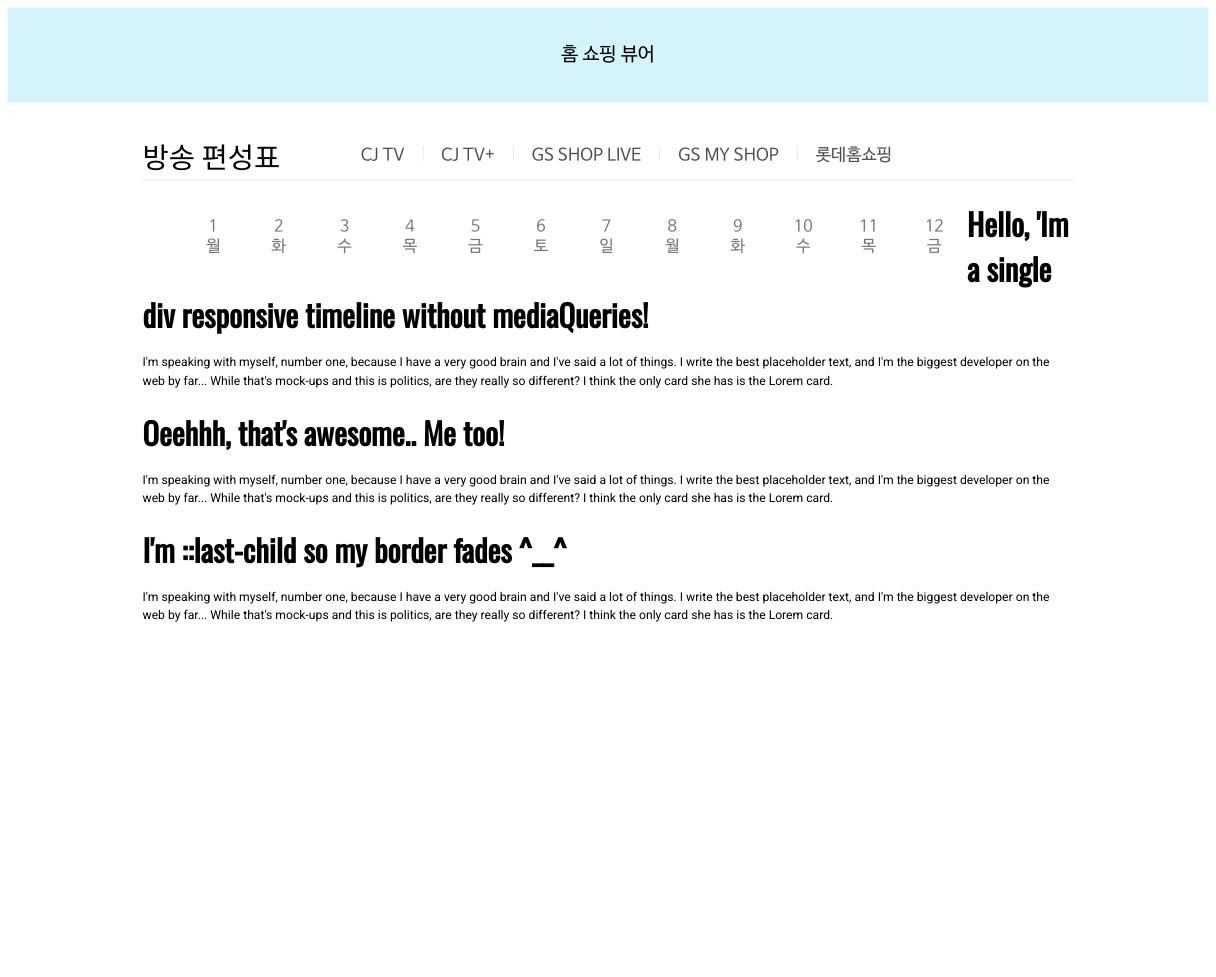
Repository: Kds010/HomeShopping
Page: http://localhost/index
These files come from the project's save history. The page is drawn as it stood at one moment and after the next save; the edit follows.
The browser window is 1280 px wide. The pictures show the whole page, at 95% of full size.
The page is this project's Thymeleaf template; nobody is signed in. The template is opened directly, without the code that normally fills it, so the values that code supplies are empty.

Above is the page before, as saved 2021-12-18 09:36:11.

After the next save:
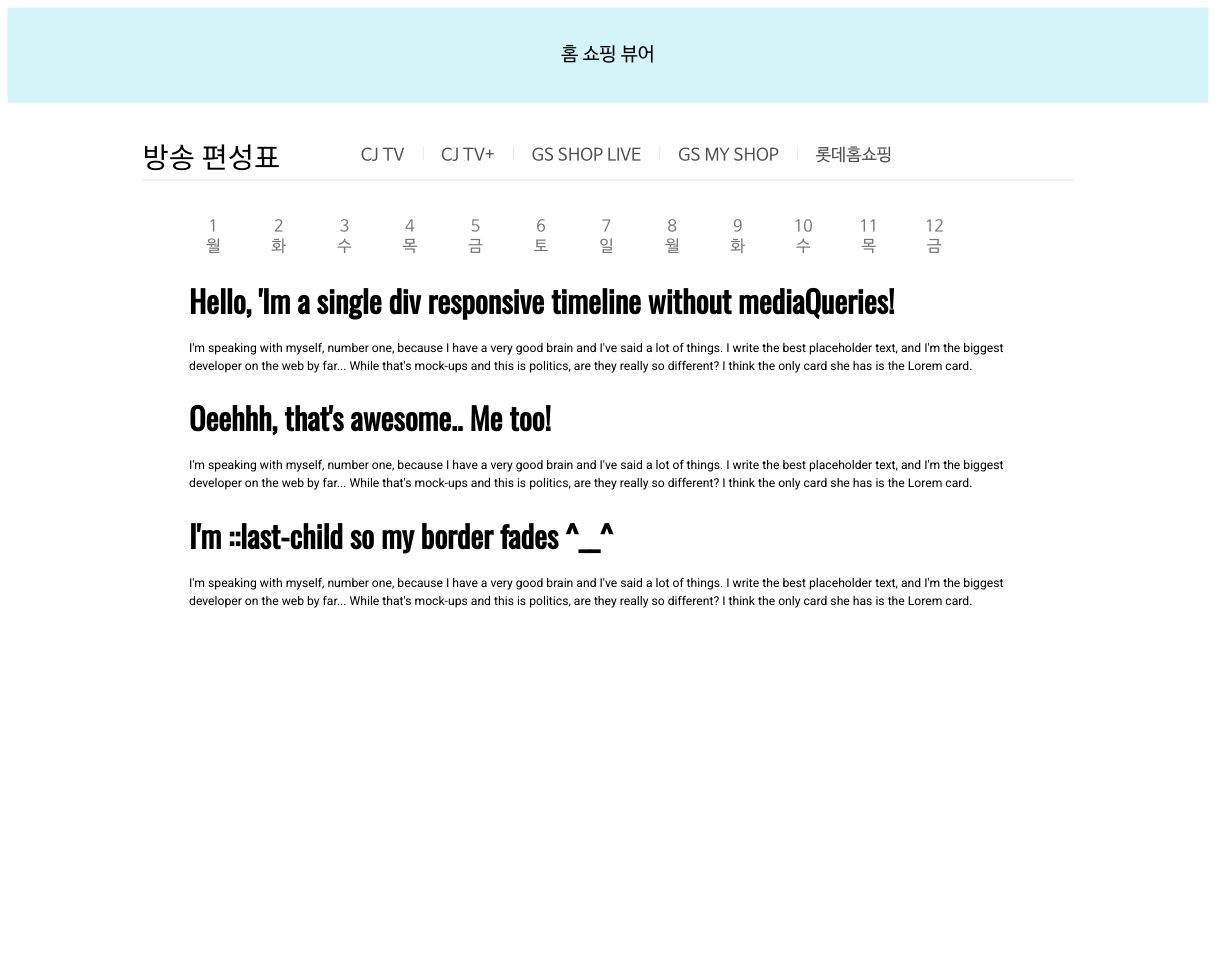
Saved 13 s later.
--- a/homeshopping/src/main/resources/static/css/main.css
+++ b/homeshopping/src/main/resources/static/css/main.css
@@ -173,7 +173,7 @@ a{
 
 
 
-// ----------------  LAYOUT
+/* // ----------------  LAYOUT */
 
 .container2 {
 	max-width: 1024px;
@@ -181,7 +181,7 @@ a{
 	margin: 0 auto;
 }
 
-// ----------------  THE FONTS
+/* // ----------------  THE FONTS */
 
 $border-color: rgba(black, .3);
 
